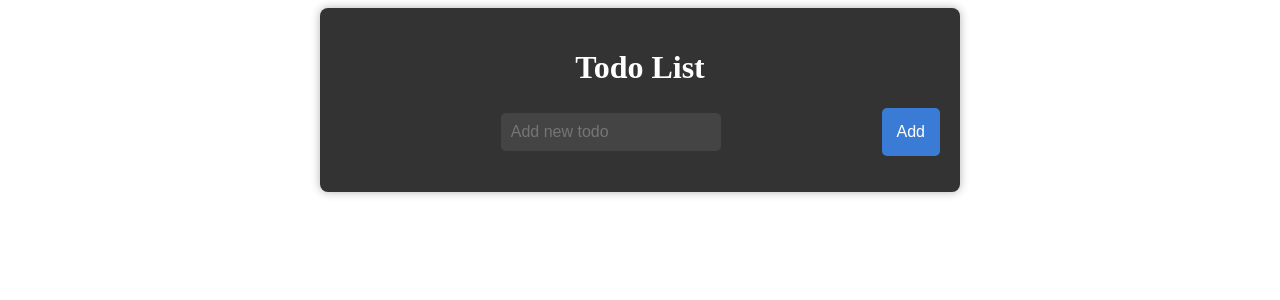
Repository: Tobby004/Todo-assignment
Page: / (app in todo-list-app/)
An editor plug-in stored every save of this project. The page is shown before and after the next save, followed by the edit.
The browser window is 1280 px wide. The pictures show the whole page.
The project was rebuilt for these pictures with package versions that can differ from the ones it lists, and the page was loaded fresh each time. Also part of the build but not shown: todo-list-app/vue.config.js.

Above is the page before, as saved 2023-12-06 16:47:59.

After the next save:
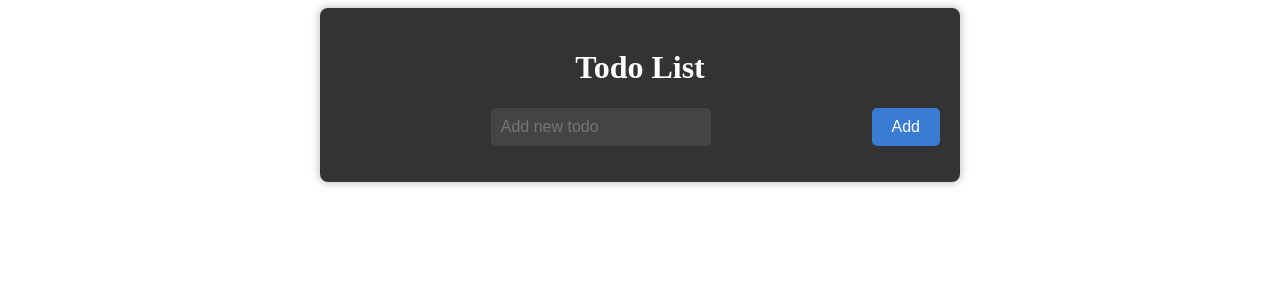
Saved 75 s later.
--- a/todo-list-app/src/App.vue
+++ b/todo-list-app/src/App.vue
@@ -93,7 +93,8 @@ h1 {
 }
 
 .add-button {
-  padding:15px;
+  padding: 10px 20px; /* Adjusting button padding */
+  margin-left: 10px; /* Adding space between input and button */
   border: none;
   border-radius: 5px;
   cursor: pointer;
